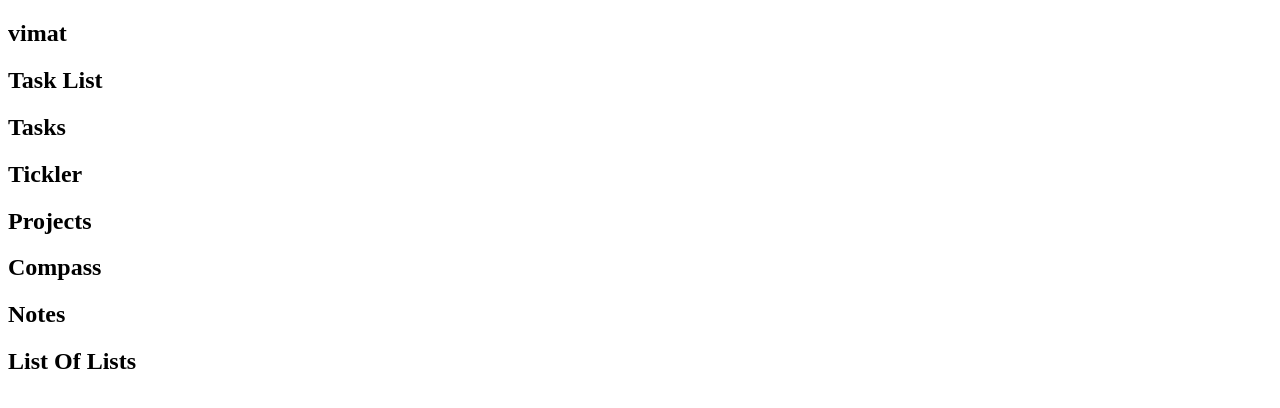
Repository: azwarners/vimat
Page: VIMAT/index.html
The author's editor kept a record of every edit. The page is drawn from the files as they stood at one moment, then again after the next edit.
The browser window is 1280 px wide. The pictures show the whole page.

Above is the page before.
Console error: ReferenceError: createNS is not defined

After the next edit:
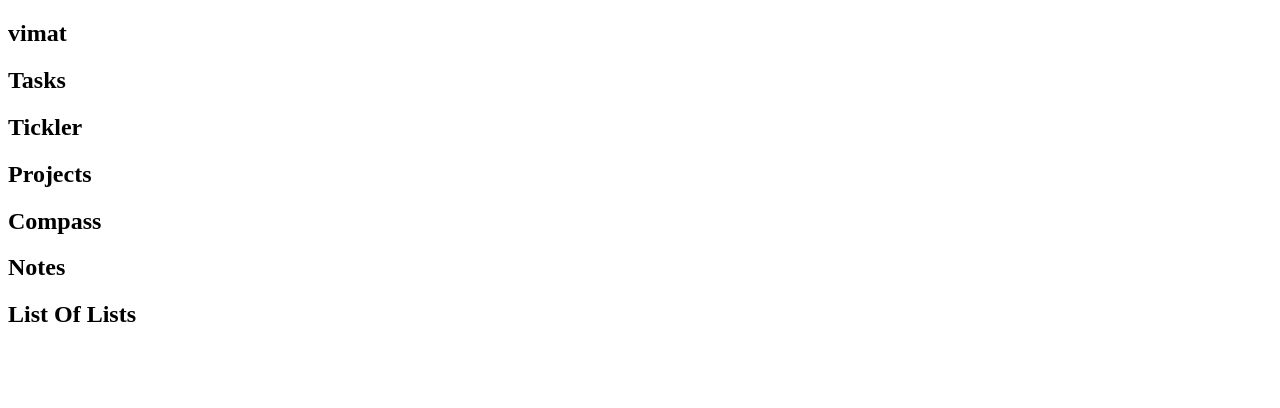
The edit:
--- a/VIMAT/index.html
+++ b/VIMAT/index.html
@@ -48,10 +48,10 @@
         <h1>vimat</h1>
         </section>
 
-        <section class="tool">
-        <h2 onclick="taskListHeaderClicked()">Task List</h2>
-        <div id="taskListTool"></div>
-        </section>
+        <!--<section class="tool">-->
+        <!--<h2 onclick="taskListHeaderClicked()">Task List</h2>-->
+        <!--<div id="taskListTool"></div>-->
+        <!--</section>-->
 
         <section class="tool">
         <h2 onclick="taskListModuleHeaderClicked()">Tasks</h2>
